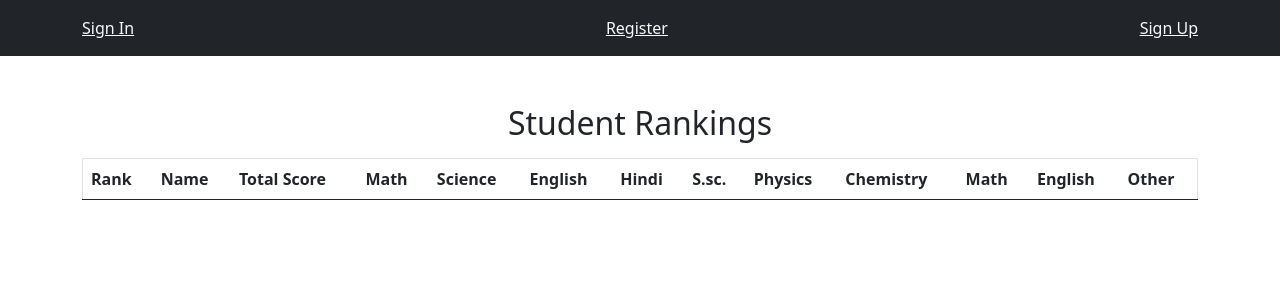
Repository: akankshaajoshi/student-counselling-application
Page: templates/registration/rankings.html
The author's editor kept a copy of each file at every save. The page is drawn from the files as they stood at one save, then again after the next save.
The browser window is 1280 px wide. The pictures show the whole page.
The template is drawn by Django 3.2. The application's start-up code is not run. The template is opened directly, without the code that normally fills it, so the values that code supplies are empty.

Above is the page before, as saved 2024-04-25 13:35:55.

After the next save:
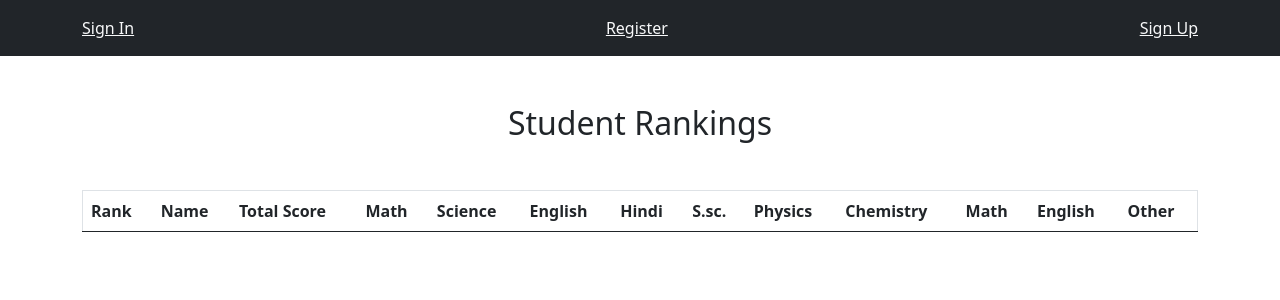
Saved 18 s later.
--- a/templates/registration/rankings.html
+++ b/templates/registration/rankings.html
@@ -9,7 +9,7 @@
 </style>
 
 <div class="container mt-5">
-  <h2 class="text-center mb-3">Student Rankings</h2>
+  <h2 class="text-center mb-5">Student Rankings</h2>
   <table class="table table-striped">
     <thead class="thead-dark">
       <tr>
